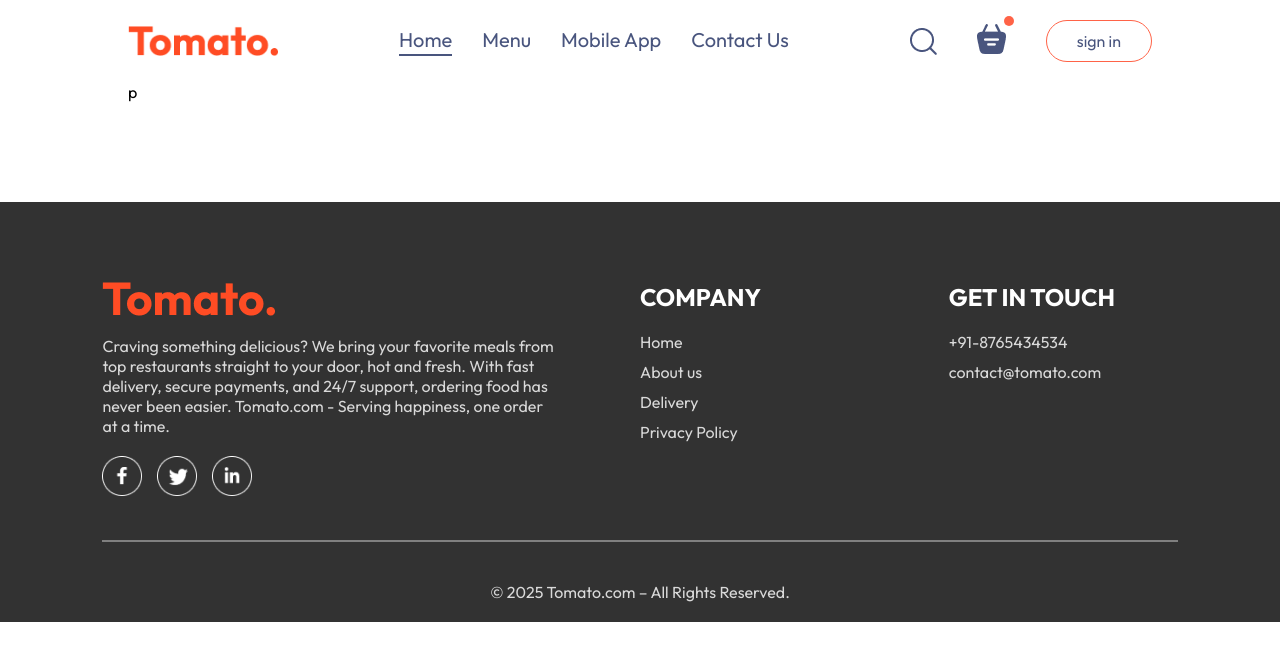
Repository: esakkiraj8104/FOOD_ORDER1
Page: /cart
The author's editor kept a copy of each file at every save. The page is drawn from the files as they stood at one save, then again after the next save.
The browser window is 1280 px wide. The pictures show the whole page.
The project was rebuilt for these pictures with package versions that can differ from the ones it lists, and the page was loaded fresh each time. Also part of the build but not shown: vite.config.js, src/components/Navbar/Header/Haeder.css, src/components/Navbar/Header/Header.jsx, src/components/Navbar/ExploreMenu/ExploreMenu.css, src/components/Navbar/ExploreMenu/ExploreMenu.jsx, src/components/Navbar/FoodDisplay/FoodDisplay.css, src/components/Navbar/FoodItem/FoodItem.css, src/components/Navbar/FoodItem/FoodItem.jsx and 7 more. Imported but missing from the stored project, and not drawn on this page: src/pages/PlaceOrder/PlaceOrder.

Above is the page before, as saved 2025-05-20 17:57:29.

After the next save:
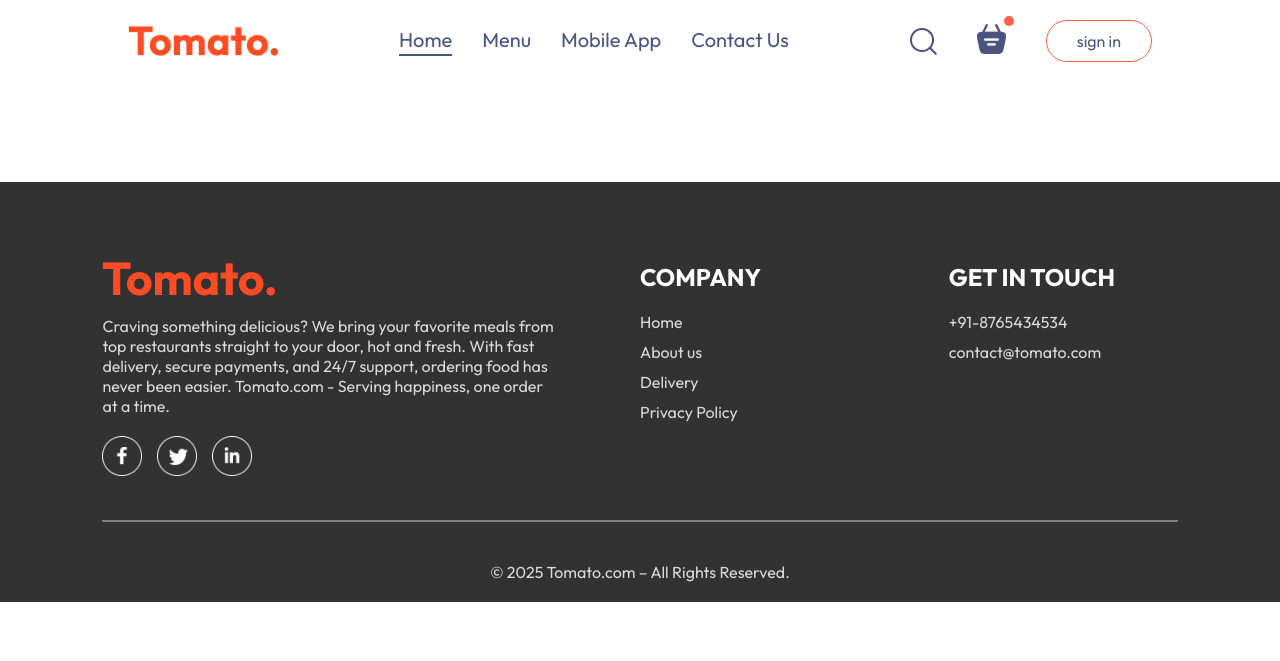
Saved 4 s later.
--- a/src/pages/Cart/Cart.jsx
+++ b/src/pages/Cart/Cart.jsx
@@ -9,7 +9,12 @@
     <div className='cart'>
         <div className="cart-items">
           <div className="cart-items-title">
-            p
+            <p></p>
+            <p></p>
+            <p></p>
+            <p></p>
+            <p></p>
+            <p></p>
           </div>
         </div>
     </div>

After the 2 saves that followed:
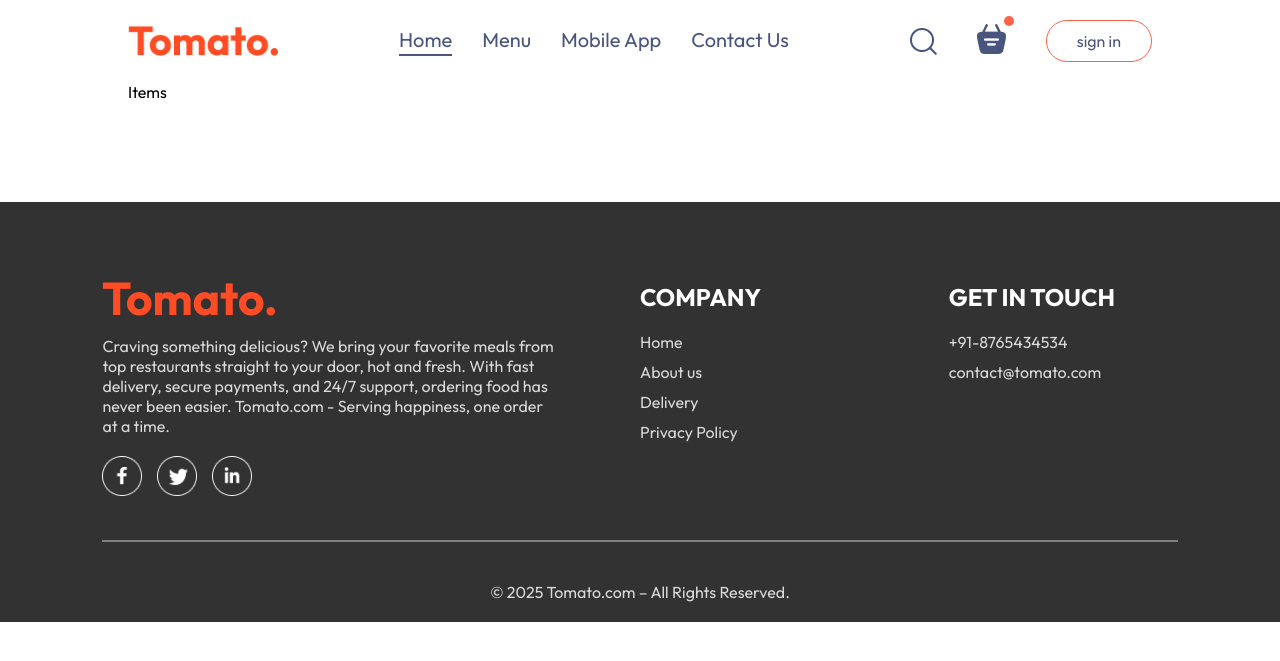
The 2 saves are shown as one change because they came seconds apart.
The last was saved 7 s later.
--- a/src/pages/Cart/Cart.jsx
+++ b/src/pages/Cart/Cart.jsx
@@ -9,7 +9,7 @@
     <div className='cart'>
         <div className="cart-items">
           <div className="cart-items-title">
-            <p></p>
+            <p>Items</p>
             <p></p>
             <p></p>
             <p></p>
